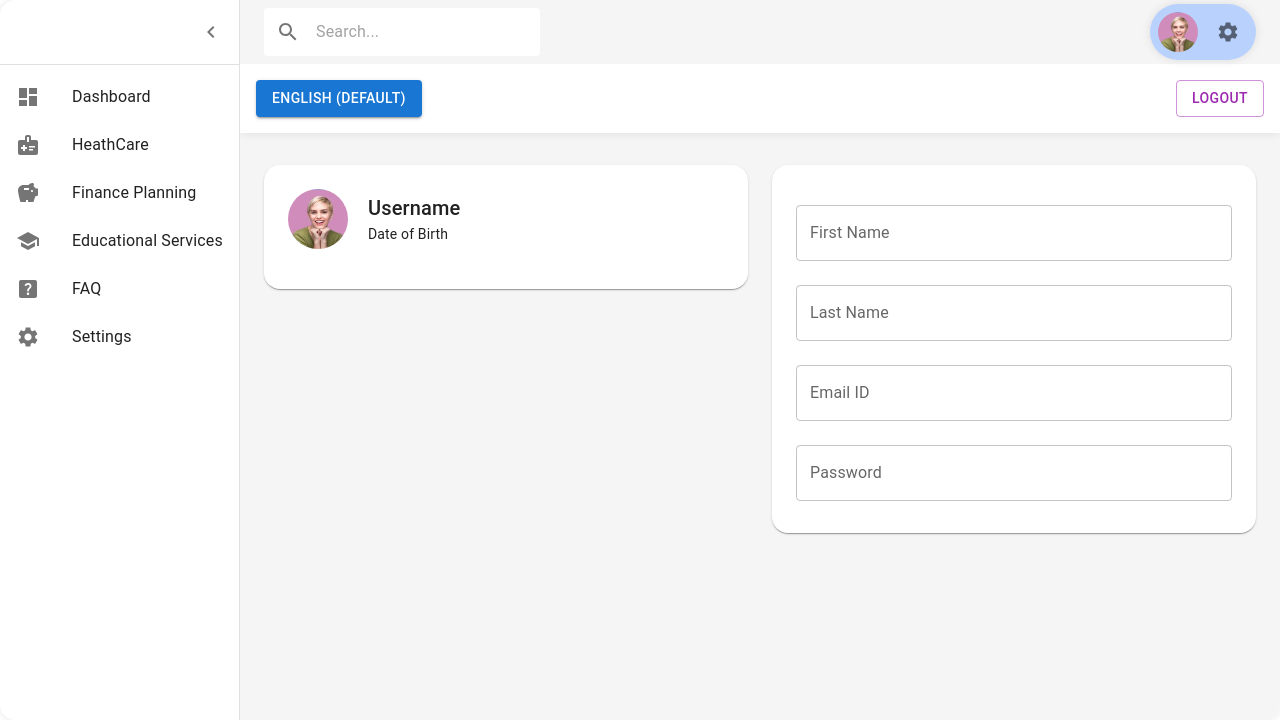
Repository: shubhampirate/TIAA_Retirement_hackathon
Page: /
The author's editor kept a copy of each file at every save. The page is drawn from the files as they stood at one save, then again after the next save.
The browser window is 1280 px wide. The pictures show the whole page.
The project was rebuilt for these pictures with package versions that can differ from the ones it lists, and the page was loaded fresh each time. Also part of the build but not shown: src/Components/CustomButton.jsx, src/Components/Navbar.jsx, src/Components/Properties.jsx, src/Components/Footer.jsx, src/Components/Hero.jsx, src/pages/Sign_In.jsx, src/Components/GaugeChart.jsx, src/Components/Deposits.jsx and 2 more.

Above is the page before, as saved 2023-11-15 19:53:32.

### src/index.css
@import url("https://fonts.googleapis.com/css2?family=Poppins:wght@400;500;700&display=swap");

* {
  margin: 0;
  padding: 0;
  box-sizing: border-box;
  font-family: "Poppins", sans-serif;
}

body {
  margin: 0;
  -webkit-font-smoothing: antialiased;
  -moz-osx-font-smoothing: grayscale;
}

code {
  font-family: source-code-pro, Menlo, Monaco, Consolas, "Courier New",
    monospace;
}

### src/App.jsx
import Hero from "./Components/Hero";
import SignIn from "./pages/Sign_In";
// import Dashboard from "./Components/Dashboard";
// import GaugeChart from "./Components/GaugeChart"
import Health from "./Components/Health";

function App() {
  return (
    <>
      {/* <Hero /> */}
      {/* <SignIn/> */}
      {/* <Dashboard /> */}
      <Health/>
      {/* <GaugeChart />  */}
    </>
  );
}

export default App;

### src/Components/Health.jsx
import * as React from 'react';
import { styled, createTheme, ThemeProvider } from '@mui/material/styles';
import CssBaseline from '@mui/material/CssBaseline';
import MuiDrawer from '@mui/material/Drawer';
import Box from '@mui/material/Box';
import MuiAppBar from '@mui/material/AppBar';
import Toolbar from '@mui/material/Toolbar';
import List from '@mui/material/List';
import Typography from '@mui/material/Typography';
import Divider from '@mui/material/Divider';
import IconButton from '@mui/material/IconButton';
// import Badge from '@mui/material/Badge';
import Container from '@mui/material/Container';
import Grid from '@mui/material/Grid';
import Paper from '@mui/material/Paper';
// import Link from '@mui/material/Link';
import MenuIcon from '@mui/icons-material/Menu';
import ChevronLeftIcon from '@mui/icons-material/ChevronLeft';
// import NotificationsIcon from '@mui/icons-material/Notifications';
import SettingsIcon from '@mui/icons-material/Settings';
import { mainListItems } from './listItems';
// import Chart from './Chart';
import Deposits from './Deposits';
import TextField from '@mui/material/TextField';

import heroImg_4 from "../media/img_4.jpeg";
import Button from '@mui/material/Button';
import LinearProgress from '@mui/material/LinearProgress';
import YourComponent from './YourComponent';
import SearchIcon from '@mui/icons-material/Search';

import InputBase from '@mui/material/InputBase';



  const Title = styled(Typography)(({ theme }) => ({
    fontSize: "25px",
    color: "#042A57",
    fontWeight: "bold",
    textAlign: "left",
    margin: theme.spacing(4, 0, 4, 0),
    [theme.breakpoints.down("sm")]: {
      fontSize: "30px",
    },
  }));
const drawerWidth = 240;

const AppBar = styled(MuiAppBar, {
  shouldForwardProp: (prop) => prop !== 'open',
})(({ theme, open }) => ({
  zIndex: theme.zIndex.drawer + 1,
  transition: theme.transitions.create(['width', 'margin'], {
    easing: theme.transitions.easing.sharp,
    duration: theme.transitions.duration.leavingScreen,
  }),
  ...(open && {
    marginLeft: drawerWidth,
    width: `calc(100% - ${drawerWidth}px)`,
    transition: theme.transitions.create(['width', 'margin'], {
      easing: theme.transitions.easing.sharp,
      duration: theme.transitions.duration.enteringScreen,
    }),
  }),
}));


const ProgressBarBox = ({ title, value }) => {
    let indicatorText = '';
    let color = '';

    if (value <= 30) {
      indicatorText = 'Less';
      color = '#BDFF7B';
    } else if (value <= 70) {
      indicatorText = 'Nearby Full';
      color = '#FFE779';
    } else {
      indicatorText = 'Completely Full';
      color = '#FC8965';
    }

    return (
      <Grid item xs={12} sm={6} md={4}>
        <Paper
          sx={{
            p: 2,
            display: 'flex',
            flexDirection: 'column',
            alignItems: 'center',
            borderRadius: '16px',
          }}
        >
          <Typography variant="h6" sx={{ mb: 1, color: "#0066FF" }}>
            {title}
          </Typography>
          <LinearProgress
          variant="determinate"
          value={value}
          sx={{
            width: '100%',
            height: '12px',
            borderRadius: '8px',
            backgroundColor: '#f0f0f0',
            marginBottom: '8px',
            '& .MuiLinearProgress-bar': {
              backgroundColor: color,
            },
          }}
        />

          <Box
          sx={{
            display: 'flex',
            justifyContent: 'space-between',
            width: '100%',

          }}
        >
          <Typography variant="body2">{indicatorText}</Typography>
          <Typography variant="body2">{value}%</Typography>
        </Box>
        </Paper>
      </Grid>
    );
  };
const Drawer = styled(MuiDrawer, { shouldForwardProp: (prop) => prop !== 'open' })(
  ({ theme, open }) => ({
    '& .MuiDrawer-paper': {
      position: 'relative',
      whiteSpace: 'nowrap',
      width: drawerWidth,
      transition: theme.transitions.create('width', {
        easing: theme.transitions.easing.sharp,
        duration: theme.transitions.duration.enteringScreen,
      }),
      boxSizing: 'border-box',
      ...(!open && {
        overflowX: 'hidden',
        transition: theme.transitions.create('width', {
          easing: theme.transitions.easing.sharp,
          duration: theme.transitions.duration.leavingScreen,
        }),
        width: theme.spacing(7),
        [theme.breakpoints.up('sm')]: {
          width: theme.spacing(9),
        },
      }),
    },
  }),
);

// TODO remove, this demo shouldn't need to reset the theme.
const defaultTheme = createTheme();

export default function Health() {
  const [open, setOpen] = React.useState(true);
  const toggleDrawer = () => {
    setOpen(!open);
  };

  return (
    <ThemeProvider theme={defaultTheme}>
      <Box sx={{ display: 'flex', borderRadius: '16px', overflow: 'hidden', boxShadow: '0px 0px 10px rgba(0, 0, 0, 0.1)' }} >
        <CssBaseline />

<AppBar position="absolute" open={open} sx={{ backgroundColor: "whitesmoke", boxShadow: 'none' }}>
  <Toolbar
    sx={{
      pr: '24px', // keep right padding when drawer closed
      display: 'flex',
      alignItems: 'center',
      justifyContent: 'space-between',
    }}
  >
    <Box sx={{ display: 'flex', alignItems: 'center' }}>
      <IconButton
        edge="start"
        aria-label="open drawer"
        onClick={toggleDrawer}
        sx={{
          marginRight: '36px',
          ...(open && { display: 'none' }),
          backgroundColor: "#fff"
        }}
      >
        <MenuIcon  />
      </IconButton>

      {/* Search tab */}
      <Box sx={{ display: 'flex', alignItems: 'center', backgroundColor: 'white', borderRadius: '4px', padding: '4px' }}>
        <IconButton>
          <SearchIcon />
        </IconButton>
        <InputBase
          placeholder="Search..."
          sx={{ ml: 1 }}
        />
      </Box>

    </Box>

    <Box sx={{ display: 'flex', alignItems: 'center', backgroundColor: '#B9D2FD', boxShadow: '0px 0px 10px rgba(0, 0, 0, 0.1)', borderRadius: '40px', padding: '8px' }}>
      {/* User profile image */}
      <img
        src={heroImg_4}
        alt="User Profile"
        style={{ borderRadius: '50%', width: '40px', height: '40px', marginRight: '10px' }}
      />

      {/* Settings button */}
      <IconButton>
        <SettingsIcon />
      </IconButton>
    </Box>
  </Toolbar>
</AppBar>

        <Drawer variant="permanent" open={open}>
          <Toolbar
            sx={{
              display: 'flex',
              alignItems: 'center',
              justifyContent: 'flex-end',
              px: [1],
            }}
          >
            <IconButton onClick={toggleDrawer}>
              <ChevronLeftIcon />
            </IconButton>
          </Toolbar>
          <Divider />
          <List component="nav">
            {mainListItems}
            {/* <Divider sx={{ my: 1 }} /> */}
            {/* {secondaryListItems} */}
          </List>
        </Drawer>
        <Box
          component="main"
          sx={{
            backgroundColor: (theme) =>
              theme.palette.mode === 'light'
                ? theme.palette.grey[100]
                : theme.palette.grey[900],
            flexGrow: 1,
            height: '100vh',
            overflow: 'auto',

          }}
        >
          <Toolbar />
          {/* </Container> */}
          {/* Start Here */}
          <Box
    sx={{
      display: 'flex',
      justifyContent: 'space-between',
      alignItems: 'center',
      padding: '16px',
      backgroundColor: '#fff',
      boxShadow: '0px 0px 10px rgba(0, 0, 0, 0.1)',
    }}
  >
    {/* Language Button */}
    <Button variant="contained" color="primary">
      English (default)
    </Button>
    {/* Logout Button */}
    <Button variant="outlined" color="secondary">
      Logout
    </Button>
  </Box>

  {/* Two Columns Layout */}
  <Container sx={{ mt: 4 }}>
    <Grid container spacing={3}>
      {/* Left Column */}
      <Grid item xs={12} md={6}>
        <Paper sx={{ p: 3, borderRadius: '16px' }}>
          {/* Account Picture, Username, and DOB */}
          <Box sx={{ display: 'flex', alignItems: 'center', mb: 2 }}>
            <img
              src={heroImg_4}
              alt="User Profile"
              style={{
                borderRadius: '50%',
                width: '60px',
                height: '60px',
                marginRight: '20px',
              }}
            />
            <div>
              <Typography variant="h6">Username</Typography>
              <Typography variant="body2">Date of Birth</Typography>
            </div>
          </Box>
        </Paper>
      </Grid>

      {/* Right Column */}
      <Grid item xs={12} md={6}>
        <Paper sx={{ p: 3, borderRadius: '16px' }}>
          {/* First Name, Last Name, Email, and Password */}
          <Box>
            <TextField
              label="First Name"
              variant="outlined"
              fullWidth
              margin="normal"
            />
            <TextField
              label="Last Name"
              variant="outlined"
              fullWidth
              margin="normal"
            />
            <TextField
              label="Email ID"
              variant="outlined"
              fullWidth
              margin="normal"
            />
            <TextField
              label="Password"
              type="password"
              variant="outlined"
              fullWidth
              margin="normal"
            />
          </Box>
        </Paper>
      </Grid>
    </Grid>
  </Container>
</Box>
        </Box>
      {/* </Box> */}
    </ThemeProvider>
  );
}

### src/Components/listItems.jsx
import * as React from 'react';
import ListItemButton from '@mui/material/ListItemButton';
import ListItemIcon from '@mui/material/ListItemIcon';
import ListItemText from '@mui/material/ListItemText';
import DashboardIcon from '@mui/icons-material/Dashboard';
import MedicalInformationIcon from '@mui/icons-material/MedicalInformation';
import SavingsIcon from '@mui/icons-material/Savings';
import SchoolIcon from '@mui/icons-material/School';
import HelpCenterIcon from '@mui/icons-material/HelpCenter';
import SettingsIcon from '@mui/icons-material/Settings';


export const mainListItems = (
  <React.Fragment>
    <ListItemButton>
      <ListItemIcon>
        <DashboardIcon />
      </ListItemIcon>
      <ListItemText primary="Dashboard" />
    </ListItemButton>
    <ListItemButton>
      <ListItemIcon>
        <MedicalInformationIcon />
      </ListItemIcon>
      <ListItemText primary="HeathCare" />
    </ListItemButton>
    <ListItemButton>
      <ListItemIcon>
        <SavingsIcon />
      </ListItemIcon>
      <ListItemText primary="Finance Planning" />
    </ListItemButton>
    <ListItemButton>
      <ListItemIcon>
        <SchoolIcon />
      </ListItemIcon>
      <ListItemText primary="Educational Services" />
    </ListItemButton>
    <ListItemButton>
      <ListItemIcon>
        <HelpCenterIcon />
      </ListItemIcon>
      <ListItemText primary="FAQ" />
    </ListItemButton>
    <ListItemButton>
      <ListItemIcon>
        <SettingsIcon />
      </ListItemIcon>
      <ListItemText primary="Settings" />
    </ListItemButton>
  </React.Fragment>
);

// export const secondaryListItems = (
//   <React.Fragment>
//     <ListSubheader component="div" inset>
//       Saved reports
//     </ListSubheader>
//     <ListItemButton>
//       <ListItemIcon>
//         <AssignmentIcon />
//       </ListItemIcon>
//       <ListItemText primary="Current month" />
//     </ListItemButton>
//     <ListItemButton>
//       <ListItemIcon>
//         <AssignmentIcon />
//       </ListItemIcon>
//       <ListItemText primary="Last quarter" />
//     </ListItemButton>
//     <ListItemButton>
//       <ListItemIcon>
//         <AssignmentIcon />
//       </ListItemIcon>
//       <ListItemText primary="Year-end sale" />
//     </ListItemButton>
//   </React.Fragment>
// );

Loaded but not shown: public/index.html (common file); src/index.js (common file)

After the next save:
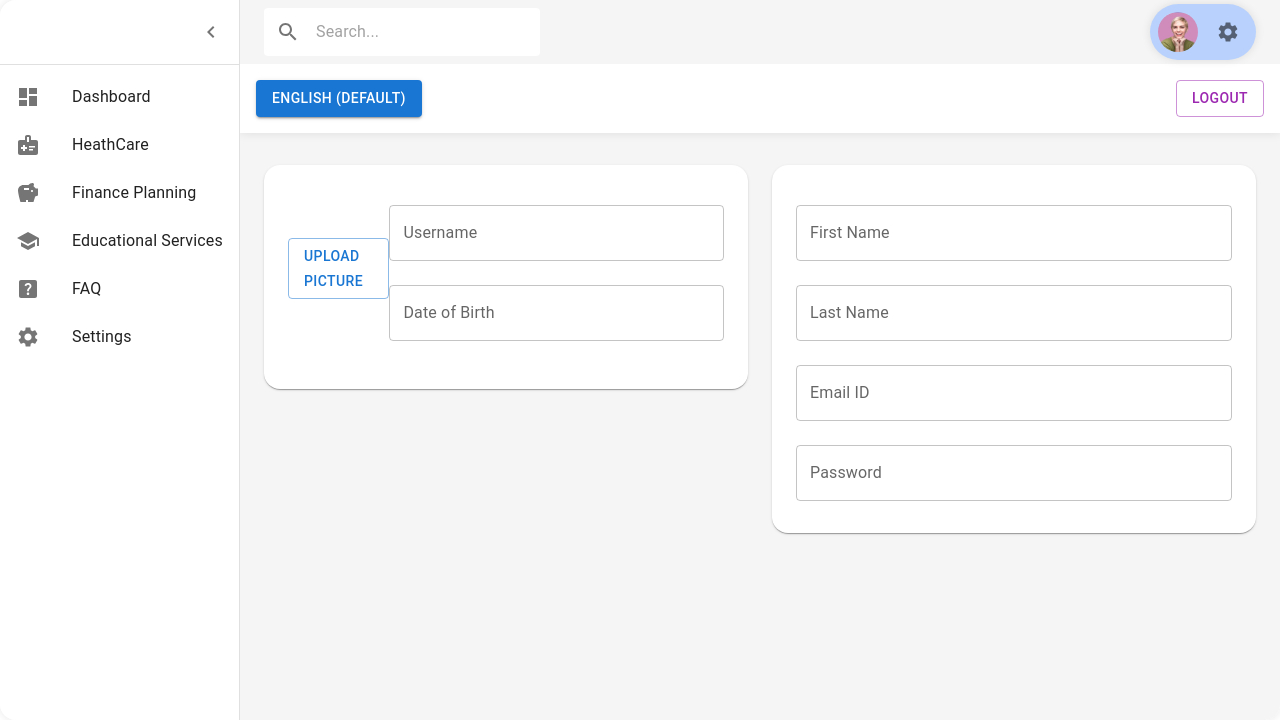
Saved 2 min 13 s later.
--- a/src/Components/Health.jsx
+++ b/src/Components/Health.jsx
@@ -277,21 +277,34 @@ export default function Health() {
       {/* Left Column */}
       <Grid item xs={12} md={6}>
         <Paper sx={{ p: 3, borderRadius: '16px' }}>
-          {/* Account Picture, Username, and DOB */}
+          {/* Editable Account Picture, Username, and DOB */}
           <Box sx={{ display: 'flex', alignItems: 'center', mb: 2 }}>
-            <img
-              src={heroImg_4}
-              alt="User Profile"
+            <input
+              type="file"
+              accept="image/*"
               style={{
-                borderRadius: '50%',
-                width: '60px',
-                height: '60px',
-                marginRight: '20px',
+                display: 'none',
               }}
-            />
+              id="account-pic-input"
+            />
+            <label htmlFor="account-pic-input">
+              <Button variant="outlined" component="span">
+                Upload Picture
+              </Button>
+            </label>
             <div>
-              <Typography variant="h6">Username</Typography>
-              <Typography variant="body2">Date of Birth</Typography>
+              <TextField
+                label="Username"
+                variant="outlined"
+                fullWidth
+                margin="normal"
+              />
+              <TextField
+                label="Date of Birth"
+                variant="outlined"
+                fullWidth
+                margin="normal"
+              />
             </div>
           </Box>
         </Paper>
@@ -300,7 +313,7 @@ export default function Health() {
       {/* Right Column */}
       <Grid item xs={12} md={6}>
         <Paper sx={{ p: 3, borderRadius: '16px' }}>
-          {/* First Name, Last Name, Email, and Password */}
+          {/* Editable First Name, Last Name, Email, and Password */}
           <Box>
             <TextField
               label="First Name"
